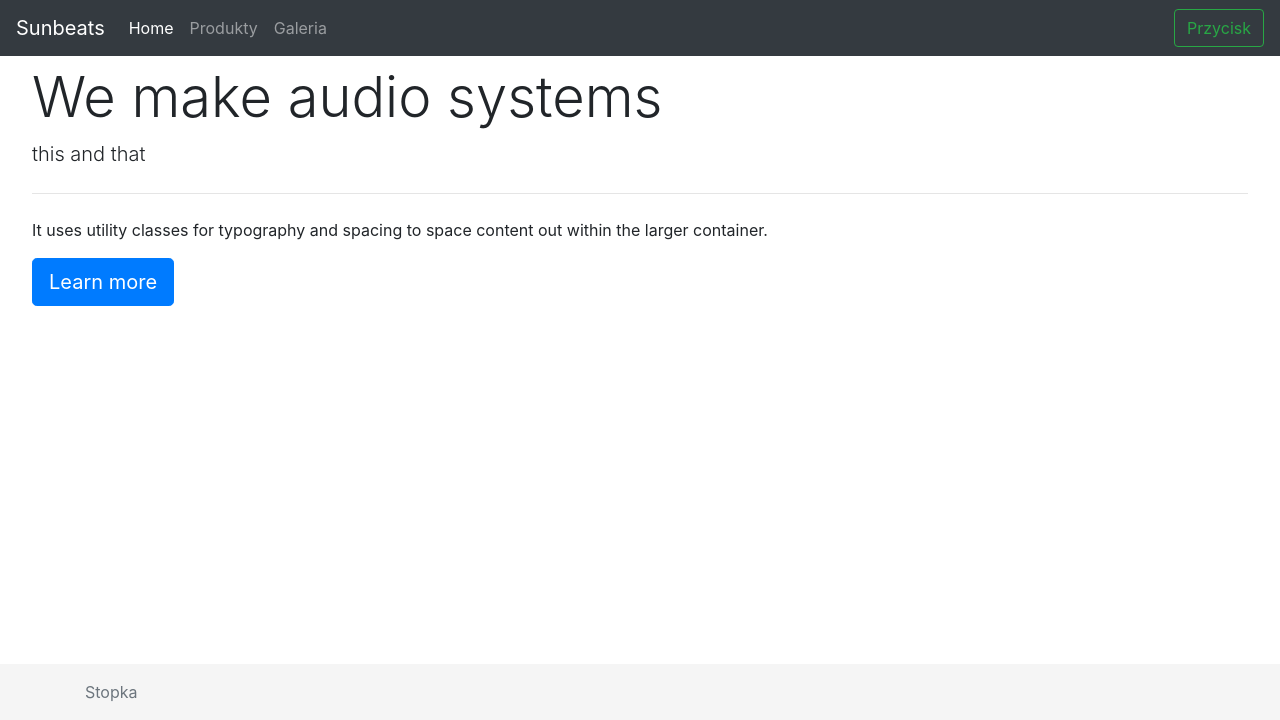
Repository: Audio-site/sunbeats
Page: index.html
The author's editor kept a copy of each file at every save. The page is drawn from the files as they stood at one save, then again after the next save.
The browser window is 1280 px wide. The pictures show the whole page.

Above is the page before, as saved 2020-08-25 00:22:49.

After the next save:
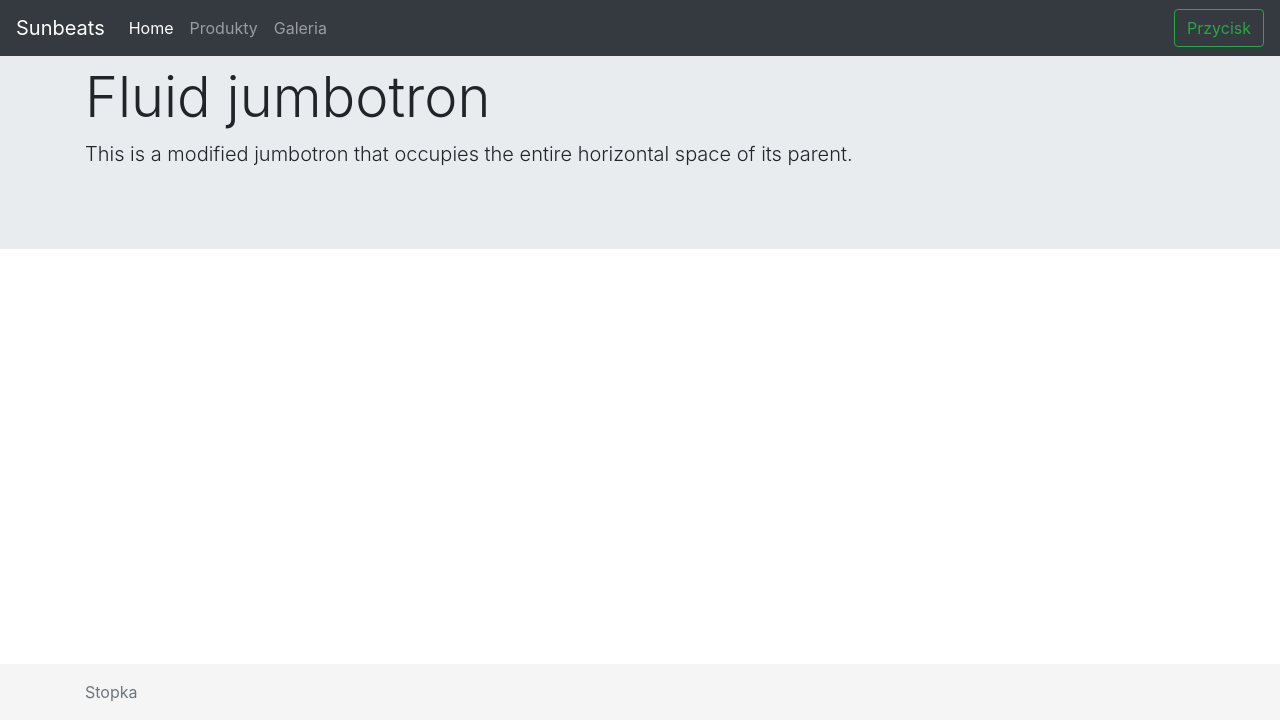
Saved 42 s later.
--- a/index.html
+++ b/index.html
@@ -60,12 +60,11 @@
 
 <!-- Begin page content -->
 
-<div class="jumbotron bg-white">
-  <h1 class="display-4">We make audio systems</h1>
-  <p class="lead">this and that</p>
-  <hr class="my-4">
-  <p>It uses utility classes for typography and spacing to space content out within the larger container.</p>
-  <a class="btn btn-primary btn-lg" href="#" role="button">Learn more</a>
+<div class="jumbotron jumbotron-fluid">
+  <div class="container">
+    <h1 class="display-4">Fluid jumbotron</h1>
+    <p class="lead">This is a modified jumbotron that occupies the entire horizontal space of its parent.</p>
+  </div>
 </div>
 
 <footer class="footer mt-auto py-3">
